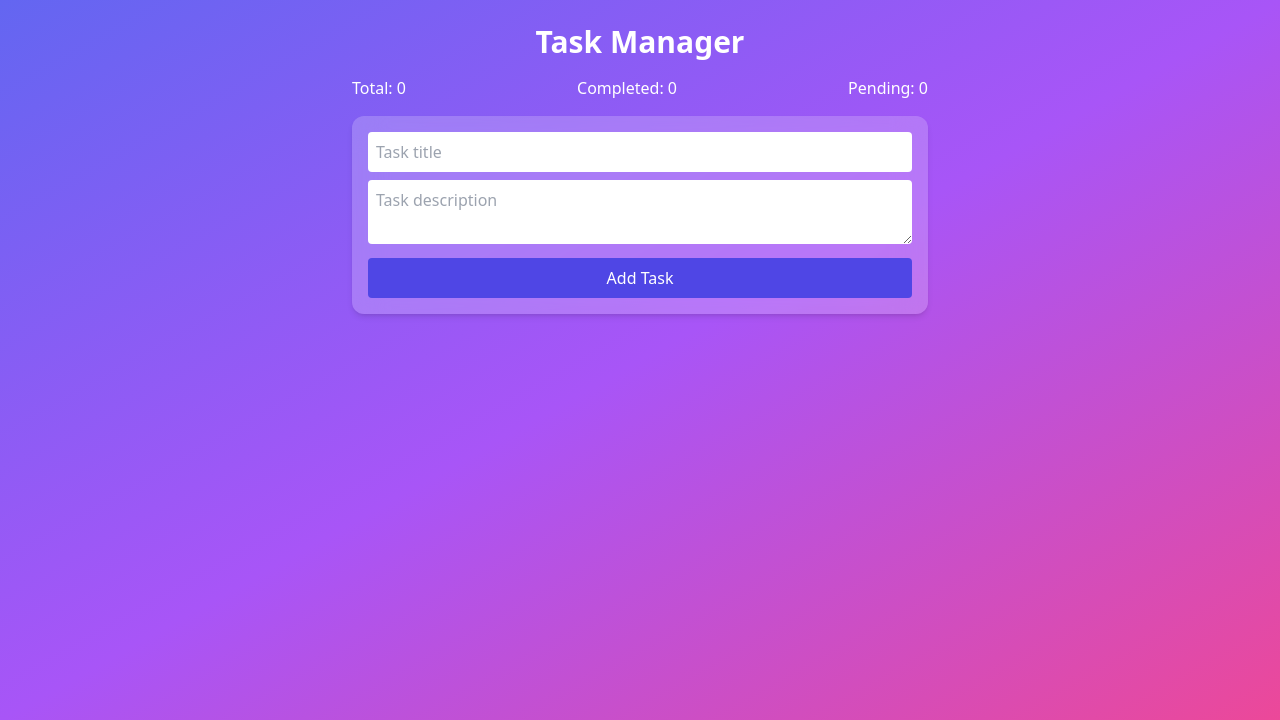
Repository: Meenakshi-commits/mern-task-manager
Page: / (app in client/)
These files come from the project's save history. The page is drawn as it stood at one moment and after the next save; the edit follows.
The browser window is 1280 px wide. The pictures show the whole page.
The page's requests for data from a server got no answer. The project was rebuilt for these pictures with package versions that can differ from the ones it lists, and the page was loaded fresh each time. No one was signed in, and anything a server would have sent is missing. Also part of the build but not shown: client/vite.config.js, client/src/components/TaskItem.jsx.

Above is the page before, as saved 2026-01-08 12:04:35.

After the next save:
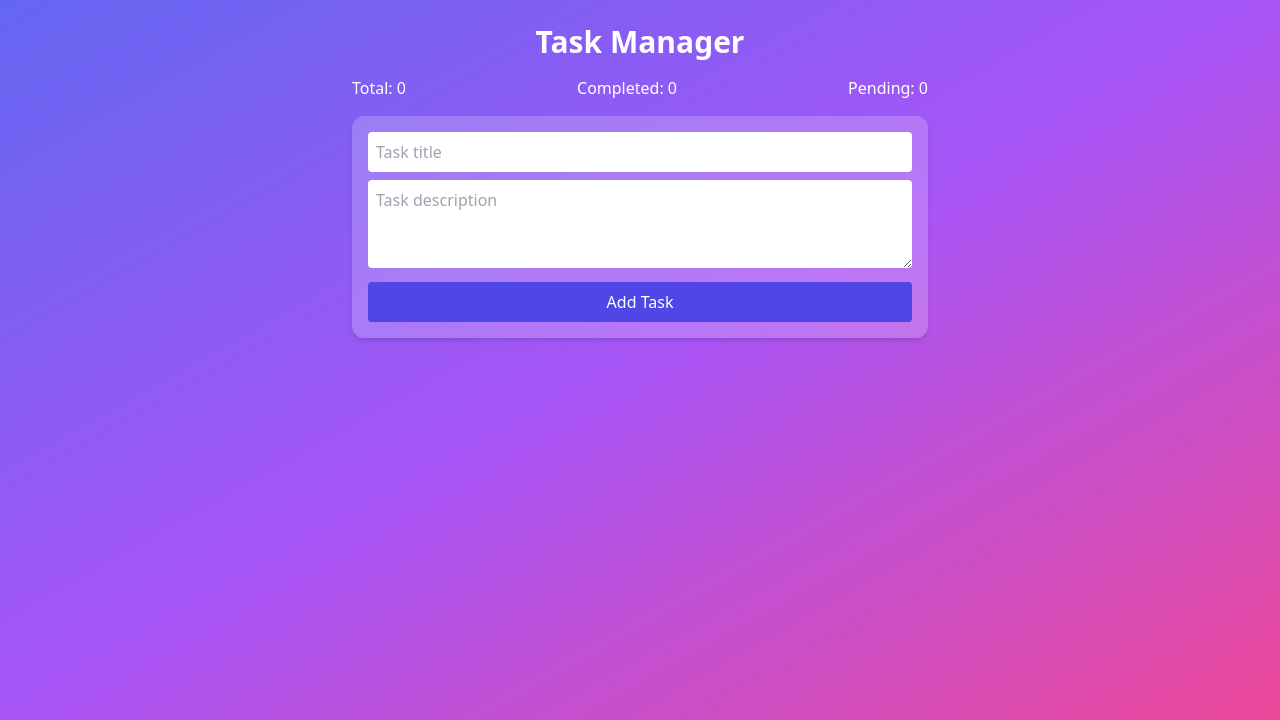
Saved 4 min 19 s later.
--- a/client/src/components/TaskForm.jsx
+++ b/client/src/components/TaskForm.jsx
@@ -25,19 +25,21 @@ export default function TaskForm({ fetchTasks }) {
       className="bg-white/20 backdrop-blur-lg p-4 rounded-xl shadow-md"
     >
       <input
-        type="text"
-        placeholder="Task title"
-        className="w-full mb-2 p-2 rounded"
-        value={title}
-        onChange={(e) => setTitle(e.target.value)}
-      />
+  type="text"
+  placeholder="Task title"
+  className="w-full mb-2 p-2 rounded text-black bg-white"
+  value={title}
+  onChange={(e) => setTitle(e.target.value)}
+/>
 
-      <textarea
-        placeholder="Task description"
-        className="w-full mb-2 p-2 rounded"
-        value={description}
-        onChange={(e) => setDescription(e.target.value)}
-      />
+<textarea
+  placeholder="Task description"
+  className="w-full mb-2 p-2 rounded text-black bg-white"
+  rows="3"
+  value={description}
+  onChange={(e) => setDescription(e.target.value)}
+/>
+
 
       <button className="w-full bg-indigo-600 text-white py-2 rounded hover:bg-indigo-700">
         Add Task
